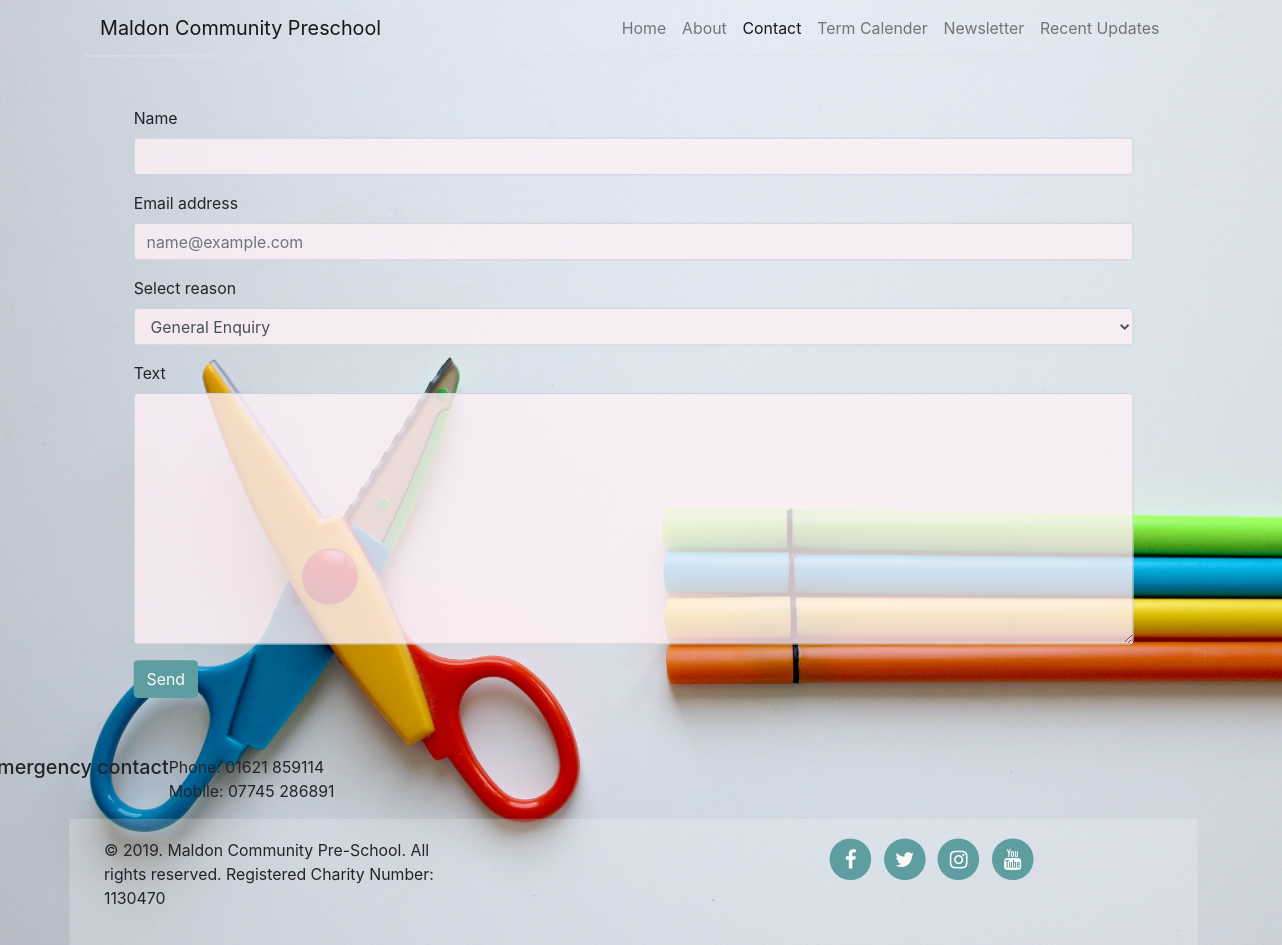
Repository: parkslee/milestone_1
Page: contact.html
The author's editor kept a record of every edit. The page is drawn from the files as they stood at one moment, then again after the next edit.
The browser window is 1280 px wide. The page is 1295 px wide, so the pictures cover 1295 px, including what lies to the right of the window. The pictures show the whole page, at 99% of full size.
Some web libraries are served in a nearby version.

Above is the page before.

After the next edit:
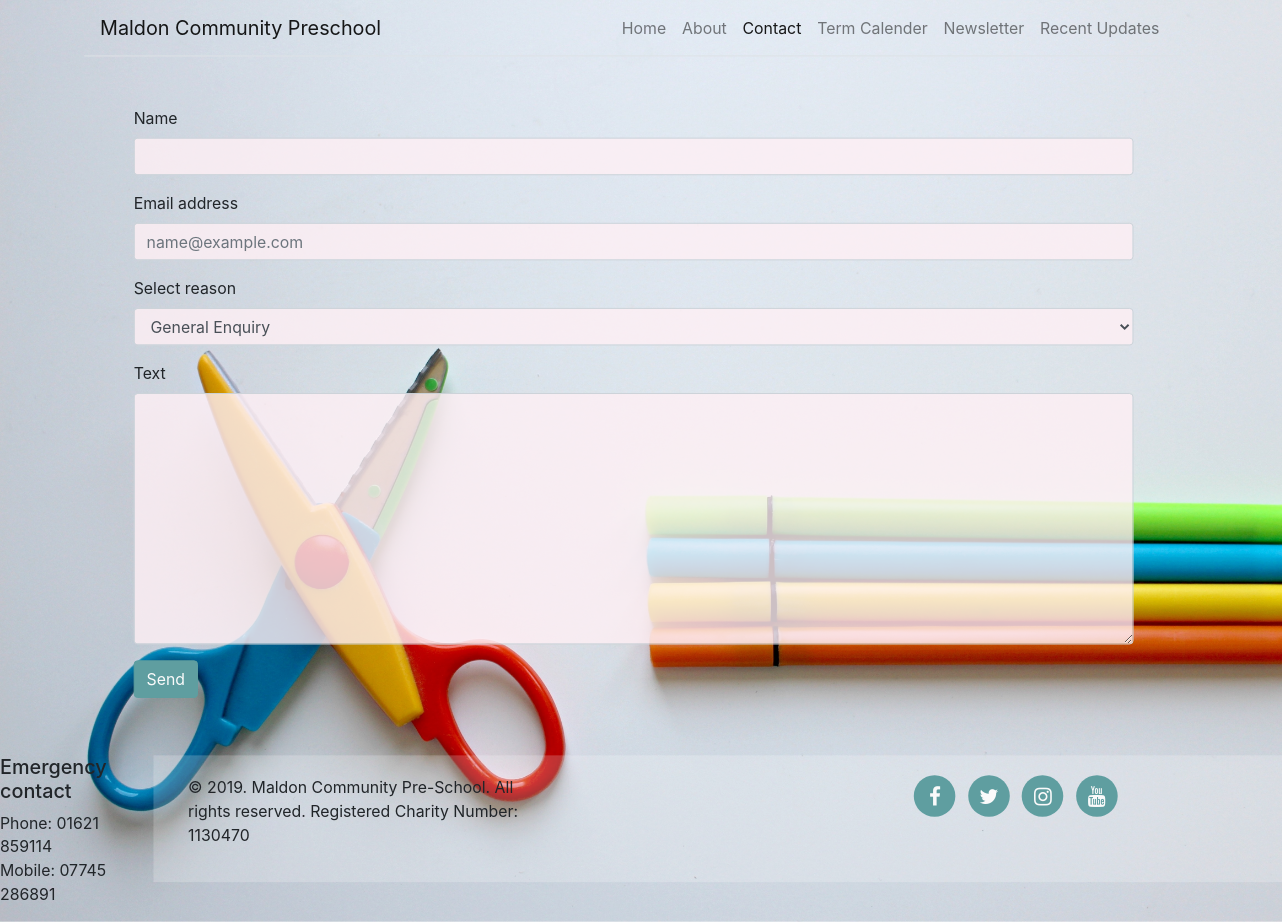
The edit:
--- a/contact.html
+++ b/contact.html
@@ -85,6 +85,7 @@
 
     </div>
     <div class="row">
+        <div class="col">
 <h5>Emergency contact</h5>
 <p>Phone: 01621 859114
     <br>
